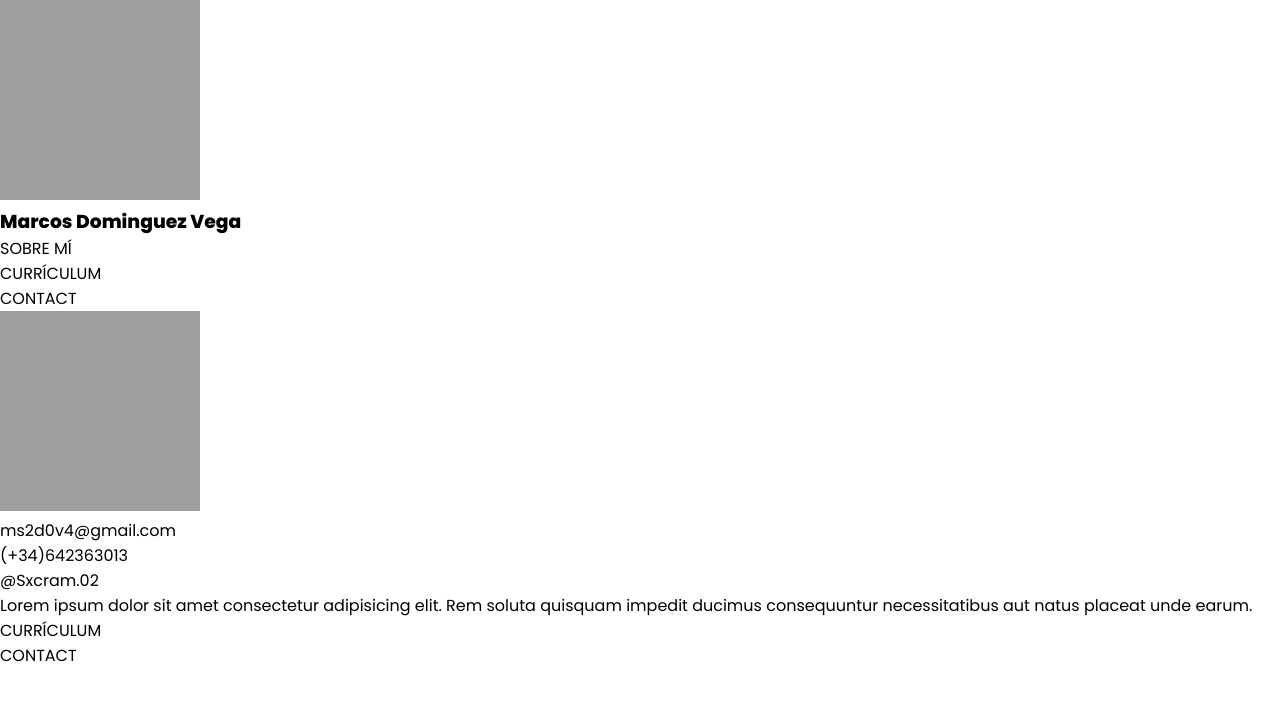
Repository: Sxcram02/Portfoliov.2
Page: index.html
The author's editor kept a copy of each file at every save. The page is drawn from the files as they stood at one save, then again after a run of saves.
The browser window is 1280 px wide. The pictures show the whole page.
Pictures or frames that could not be fetched are drawn as grey boxes.

Above is the page before, as saved 2023-04-10 23:43:27.

After the next 2 saves:
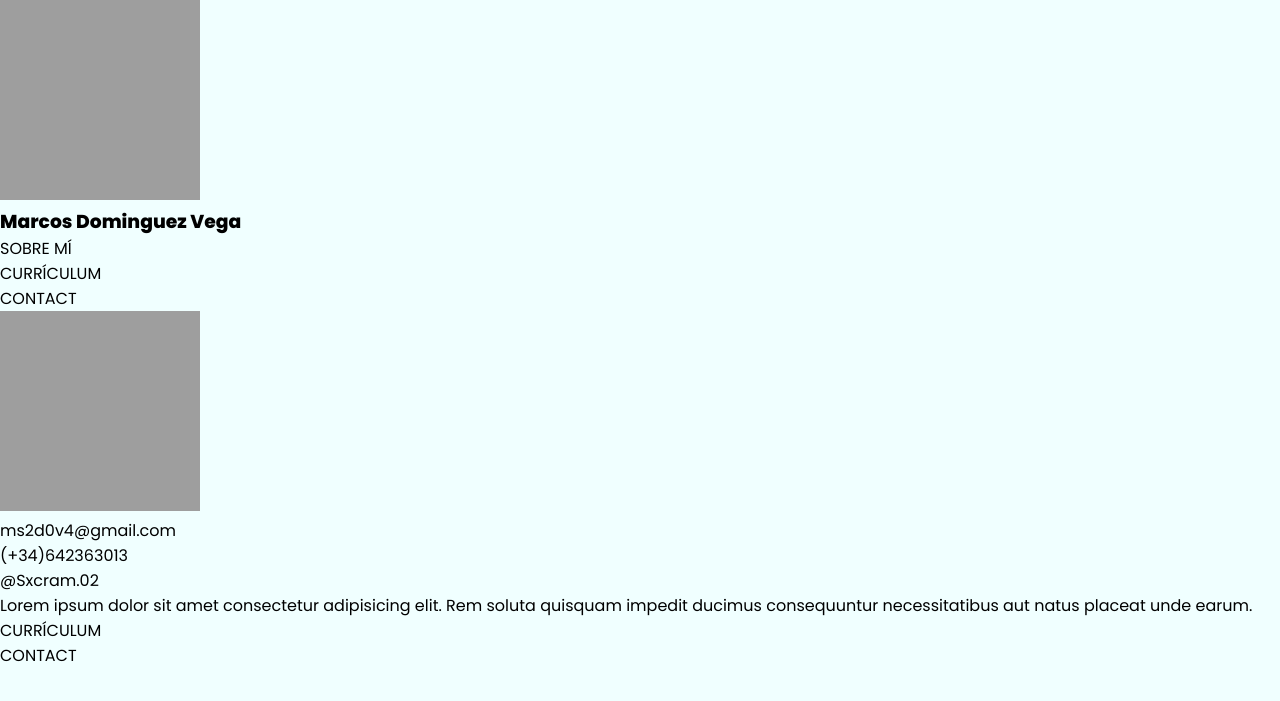
The 2 saves are shown as one change because they came seconds apart.
The last was saved 7 s later.
--- a/css/style.css
+++ b/css/style.css
@@ -11,4 +11,5 @@
 .root {
     width: 100vw;
     height: 100vh;
+    background-color: azure;
 }
